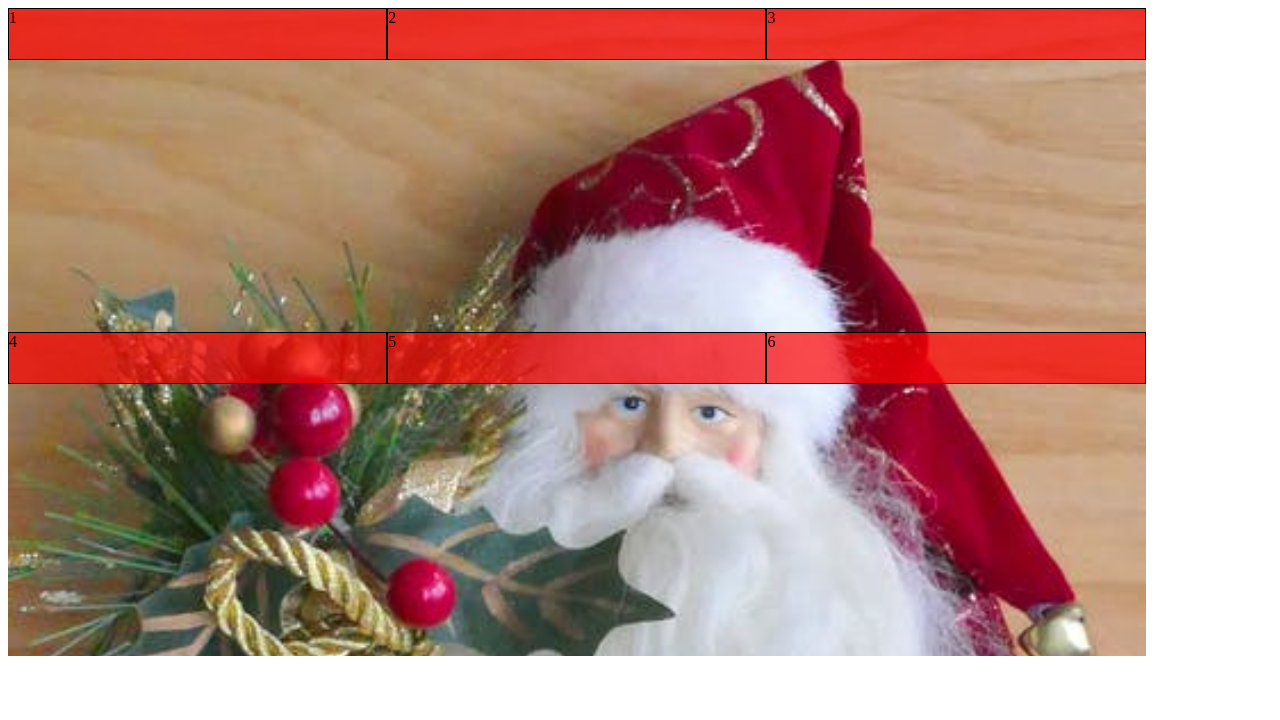
Repository: hindrik40/julprogram-js
Page: advent.html
The author's editor kept a copy of each file at every save. The page is drawn from the files as they stood at one save, then again after the next save.
The browser window is 1280 px wide. The pictures show the whole page.

Above is the page before, as saved 2021-12-14 10:04:05.

After the next save:
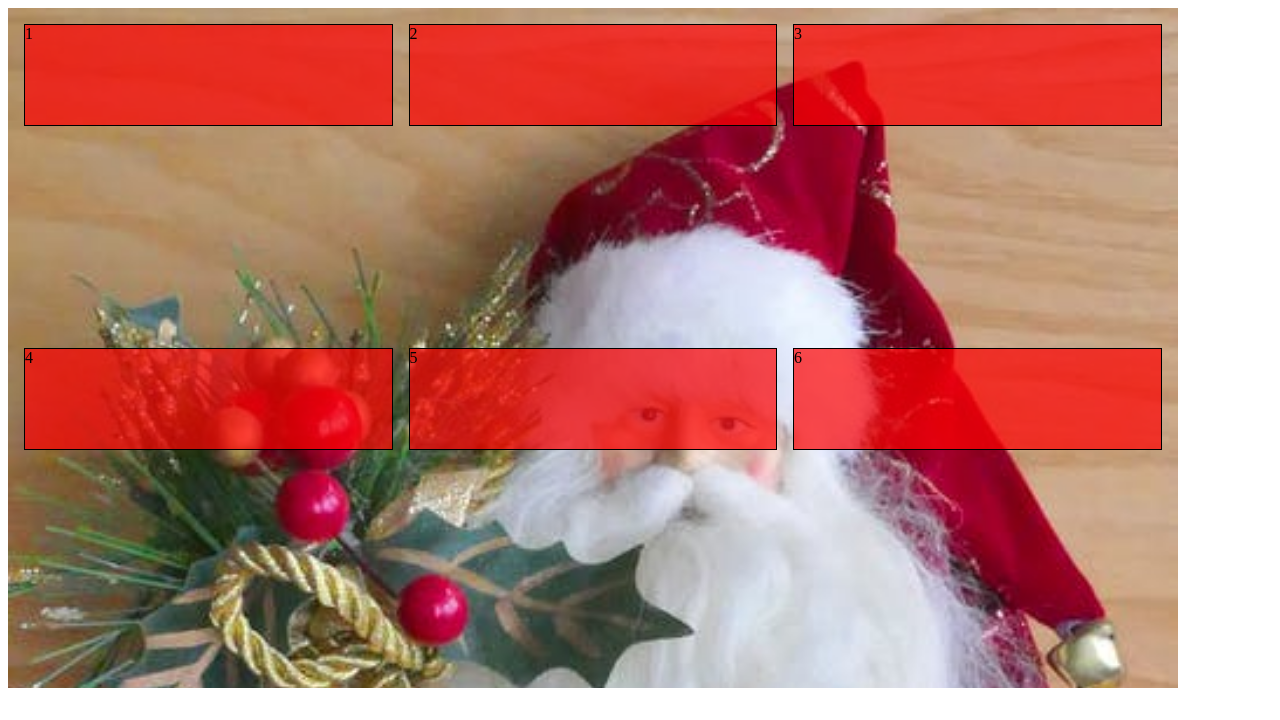
Saved 105 s later.
--- a/advent.css
+++ b/advent.css
@@ -5,13 +5,14 @@ main#adventCalender{
     background-size: cover;
     display: grid;
     grid-template-columns: 1fr 1fr 1fr;
+    column-gap: 1rem;
+    padding:1rem;
 }
 main>div{
    min-width: 50px;
-    height: 50px;
+   min-height: 100px;
+   max-height: 100px;
     border:solid 1px black;
     background-color: rgba(255,0,0,0.7);
 
-    justify-content: center;
-    align-items: center;
 }
